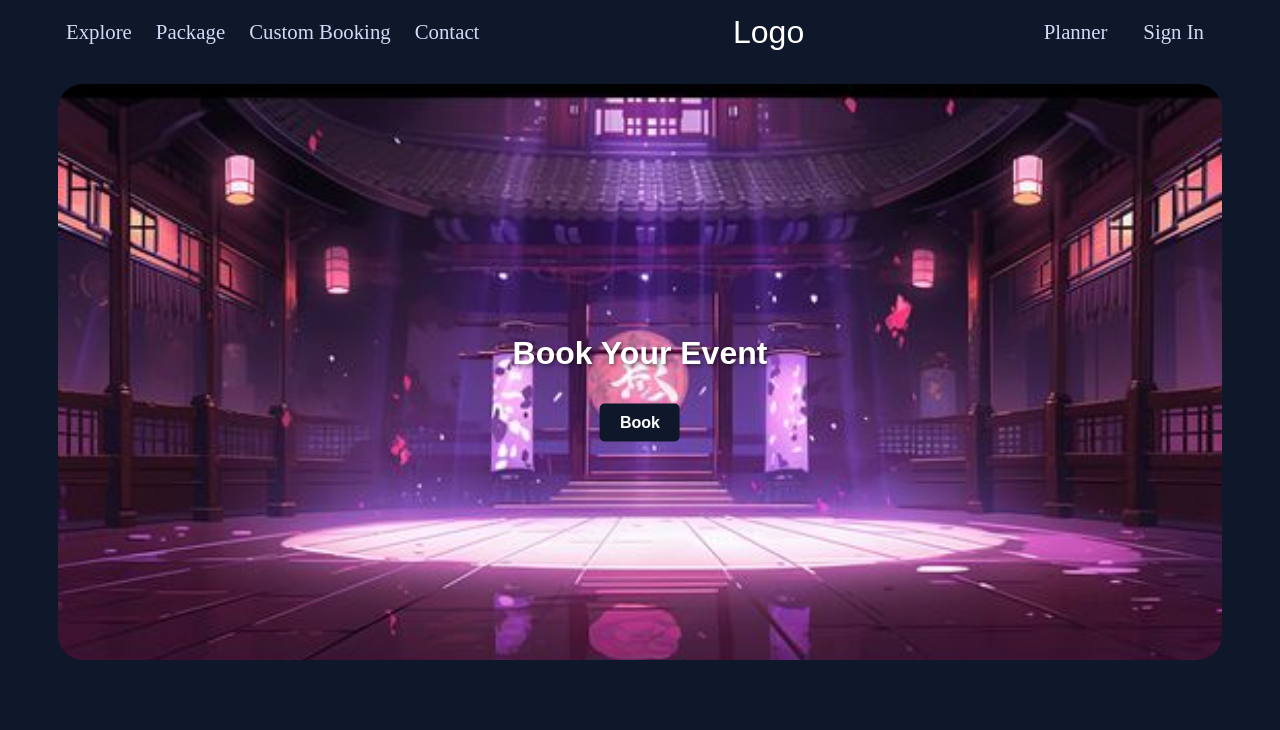
Repository: Demonster-01/Event-Management
Page: / (app in EventOrg/)
The author's editor kept a copy of each file at every save. The page is drawn from the files as they stood at one save, then again after the next save.
The browser window is 1280 px wide. The pictures show the whole page.
Some web fonts or font styles are not loaded; a fallback is used. The project was rebuilt for these pictures with package versions that can differ from the ones it lists, and the page was loaded fresh each time. Also part of the build but not shown: EventOrg/vite.config.js, EventOrg/src/components/Slideshow.jsx.

Above is the page before, as saved 2024-11-08 20:11:26.

### EventOrg/index.html
<!doctype html>
<html lang="en">
  <head>
    <meta charset="UTF-8" />
    <link rel="icon" type="image/svg+xml" href="/vite.svg" />
    <meta name="viewport" content="width=device-width, initial-scale=1.0" />
    <!-- <link
      href="https://fonts.googleapis.com/css2?family=Roboto:wght@400;700&display=swap"
      rel="stylesheet"> -->
    <link
      href="https://fonts.googleapis.com/css2?family=Oranienbaum&display=swap"
      rel="stylesheet">

    <title>Event Mialune</title>
  </head>
  <body>
    <div id="root"></div>
    <script type="module" src="/src/main.jsx"></script>
  </body>
</html>

### EventOrg/src/App.jsx
import { useState } from "react";

import "./App.css";

import Nav from "./components/Nav";
import Slider from "./components/Slider";
import Slideshow from "./components/Slideshow";

function App() {
  return (
    <div className="App">
      <Nav />
      <Slider />
      {/* <Slideshow /> */}
    </div>
  );
}

export default App;

### EventOrg/src/App.css
body {
  margin: 0;
  background-color: #0f172a; /* Default text color */
  font-family: "Arial", sans-serif; /* Optional, to set a base font family */
  min-height: 100vh; /* Ensure the background covers the entire screen */
}

### EventOrg/src/components/Nav.jsx
import styles from "../module_css/Nav.module.css";

export default function Nav() {
  return (
    <div className={styles.container}>
      <nav className={styles.navbar}>
        <ul className={styles.nav_list}>
          <li className={styles.nav_item}>Explore</li>
          <li className={styles.nav_item}>Package</li>
          <li className={styles.nav_item}>Custom Booking</li>
          <li className={styles.nav_item}>Contact</li>
        </ul>
      </nav>

      <div className={styles.logo}>Logo</div>
      <div className={styles.btngroup}>
        <button className={styles.btn}>Planner</button>
        <button className={styles.btn}>Sign In</button>
      </div>
    </div>
  );
}

### EventOrg/src/components/Slider.jsx
import React, { useState, useEffect } from "react";
import styles from "../module_css/Slider.module.css";

import image1 from "../assets/images/image.jpg";
import hallImage from "../assets/images/hall.jpg";
import image3 from "../assets/images/image.jpg";

export default function Slider() {
  const [currentImageIndex, setCurrentImageIndex] = useState(0);

  const images = [
    {
      url: image3,
      caption: (
        <div className={styles.sliderCaption}>
          <p>Get your Custom Booking</p>
          <button className={styles.button} onClick={() => alert("Booking...")}>
            Book
          </button>
        </div>
      ),
    },
    {
      url: hallImage,
      caption: (
        <div className={styles.sliderCaption}>
          <p>Book Your Event</p>
          <button className={styles.button} onClick={() => alert("Booking...")}>
            Book
          </button>
        </div>
      ),
    },
    {
      url: image3,
      caption: (
        <div className={styles.sliderCaption}>
          <p>Book Here</p>
          <button className={styles.button} onClick={() => alert("Booking...")}>
            Book
          </button>
        </div>
      ),
    },
  ];

  // Function to handle the next image in the slider
  const nextImage = () => {
    setCurrentImageIndex((prevIndex) => (prevIndex + 1) % images.length);
  };

  // Automatic slider every 3 seconds
  useEffect(() => {
    const interval = setInterval(nextImage, 3000);
    return () => clearInterval(interval); // Cleanup on component unmount
  }, []);

  return (
    <div className={styles.slider_container}>
      <div className={styles.image_slider}>
        <img
          src={images[currentImageIndex].url}
          alt={images[currentImageIndex].caption}
          className={styles.slider_image}
        />
        <div className={styles.image_caption}>
          {images[currentImageIndex].caption}
        </div>
      </div>
    </div>
  );
}

### EventOrg/src/module_css/Nav.module.css
.container {
  display: flex;
  justify-content: space-between;
  align-items: center;
  margin-top: 10px;
  margin-bottom: 0px;
  padding: 0 1rem;
}

.navbar {
  color: #d2dbf5;
  font-size: 1.3rem;
  font-family: "Oranienbaum";
  margin-left: 50px;
}

.nav_list {
  display: flex;
  list-style-type: none;
  margin: 0;
  padding: 0;
}

.nav_item {
  margin-right: 1.5rem;
  color: 404a42;
  cursor: pointer;
}

.nav_item:hover,
.btn:hover {
  text-shadow: 2px 2px 5px rgba(238, 240, 233, 0.884);
  cursor: pointer;
  transition: color 0.3s ease;
}

.btngroup {
  display: flex;
  gap: 1rem;
  margin-right: 50px;
}

.btn {
  font-family: "Oranienbaum";
  font-size: 1.3rem;
  border: none;
  padding: 10px;
  background-color: transparent;
  color: #d2dbf5;
}

.logo {
  color: white;
  font-size: 2rem;
}

### EventOrg/src/module_css/Slider.module.css
/* Container for the slider */
.slider_container {
  margin: 30px 0;
  display: flex;
  justify-content: center;
  align-items: center;
  position: absolute;
  height: 80%;
  width: 100%;
  overflow: hidden;
}

/* Styling for the image and text inside the slider */
.image_slider {
  position: relative;
  width: 91%;
  height: 100%;
}

/* Image styling */
.slider_image {
  width: 100%;
  height: 100%;
  border-radius: 25px;
  object-fit: cover; /* Ensures the image covers the entire container */
  transition: opacity 0.5s ease; /* Smooth transition for image changes */
}

/* Text caption styling */
.image_caption {
  position: absolute;
  top: 50%;
  left: 50%;
  transform: translate(-50%, -50%);
  color: white;
  font-size: 2rem;
  font-weight: bold;
  text-shadow: 2px 2px 4px rgba(0, 0, 0, 0.5); /* Text shadow for better visibility */
}

.button {
  top: 50%;
  left: 40%;
  background-color: #0f172a; /* Primary color */
  color: #ffffff; /* Text color */
  border: none; /* Remove border */
  padding: 10px 20px; /* Button padding */
  font-size: 1rem; /* Font size */
  font-weight: bold; /* Make the text bold */
  border-radius: 5px; /* Rounded corners */
  cursor: pointer; /* Change cursor to pointer */
  transition: background-color 0.3s ease, transform 0.2s ease; /* Smooth transition */
}

.button:hover {
  background-color: #1d2c4e;
  transform: scale(1.05);
  outline: #cde20c;
}

/* .button:active {
  transform: scale(0.95);
  background-color: #004494;
} */

.sliderCaption {
  display: flex;
  flex-direction: column;
  justify-content: center;
  align-items: center;
  text-align: center;
}

Loaded but not shown: EventOrg/src/main.jsx (common file)

After the next save:
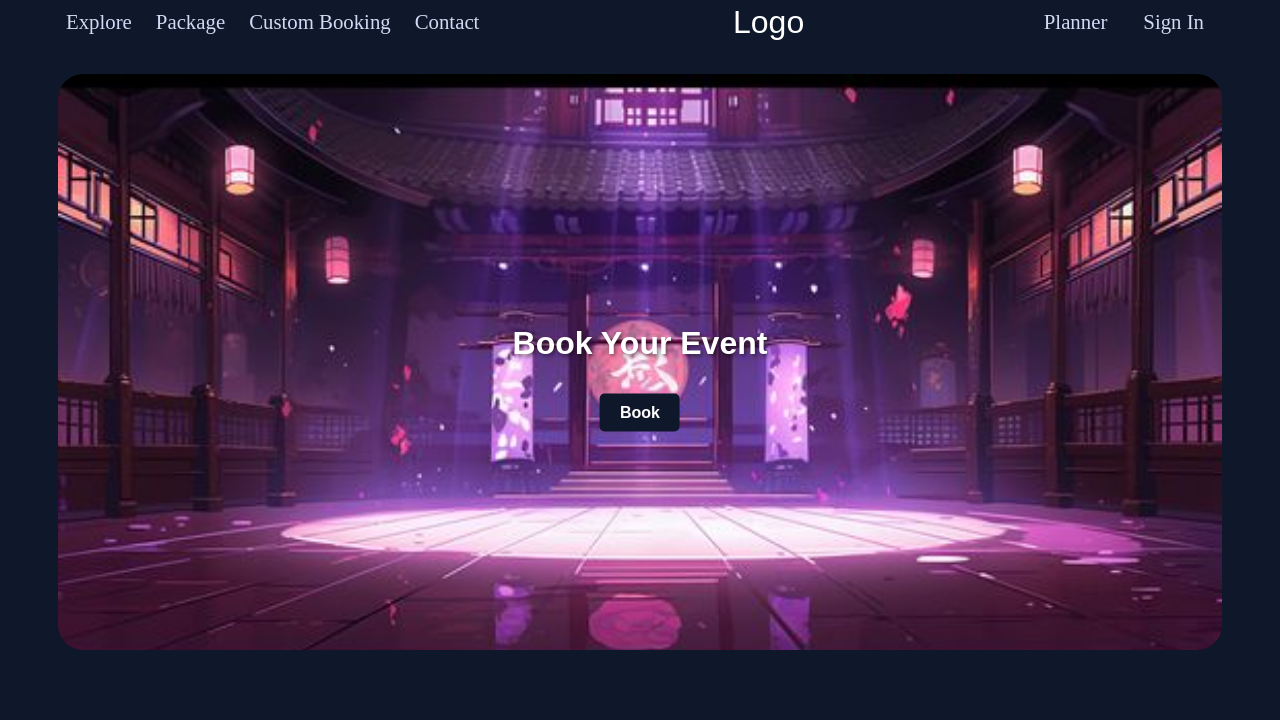
Saved 11 s later.
--- a/EventOrg/src/module_css/Nav.module.css
+++ b/EventOrg/src/module_css/Nav.module.css
@@ -2,8 +2,8 @@
   display: flex;
   justify-content: space-between;
   align-items: center;
-  margin-top: 10px;
-  margin-bottom: 0px;
+  /* margin-top: 10px;
+  margin-bottom: 0px; */
   padding: 0 1rem;
 }
 

After the save that followed:
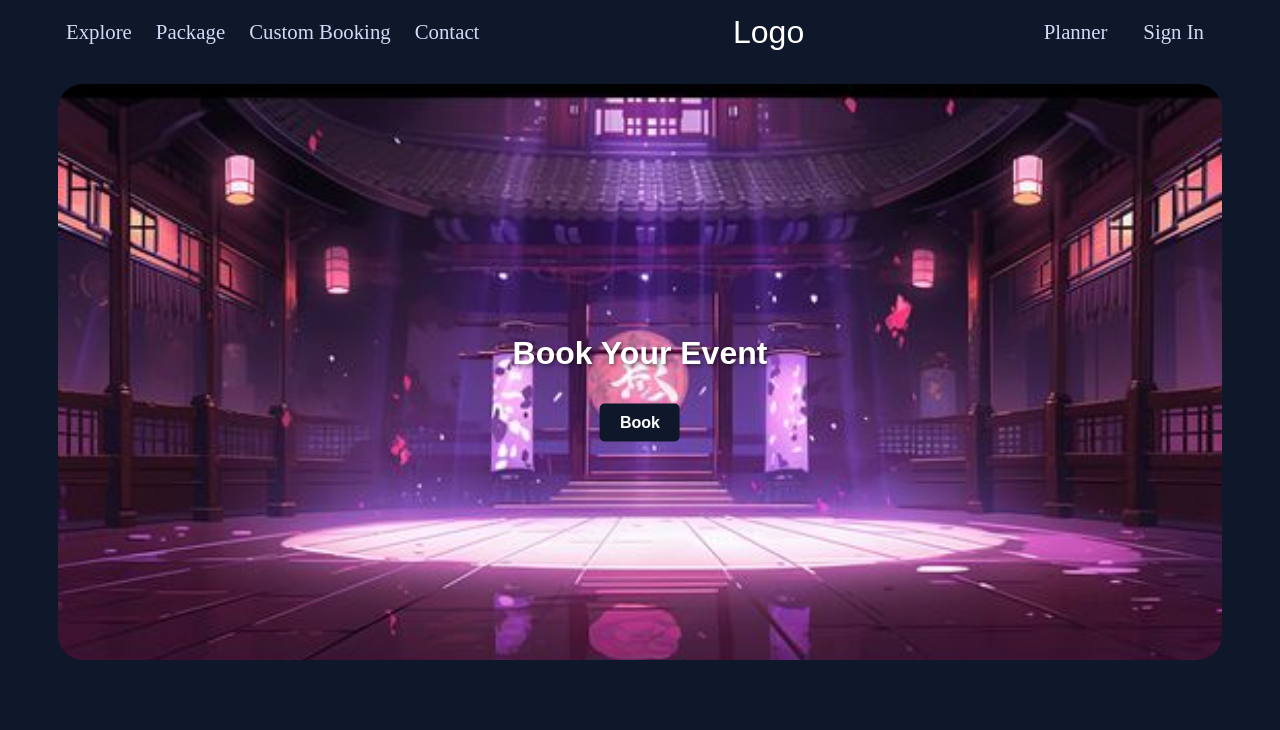
Saved 6 s later.
--- a/EventOrg/src/module_css/Nav.module.css
+++ b/EventOrg/src/module_css/Nav.module.css
@@ -2,8 +2,8 @@
   display: flex;
   justify-content: space-between;
   align-items: center;
-  /* margin-top: 10px;
-  margin-bottom: 0px; */
+  margin-top: 10px;
+  margin-bottom: 0px;
   padding: 0 1rem;
 }
 
